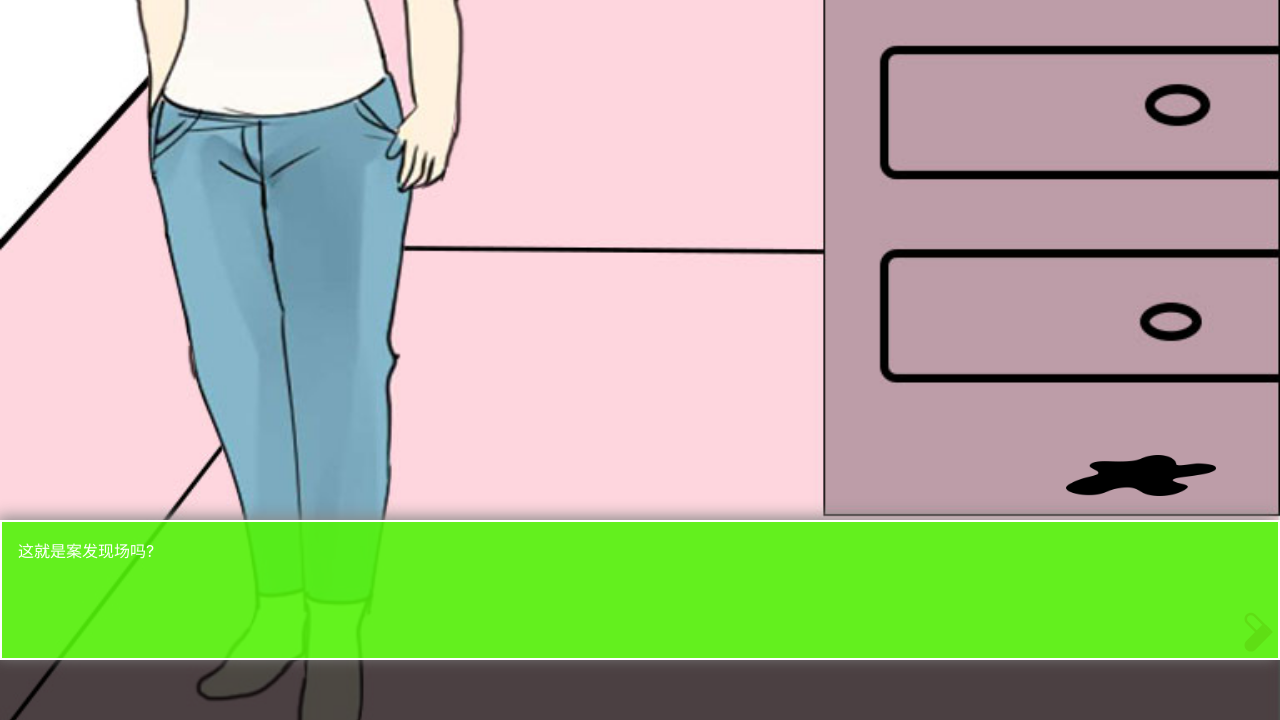
Repository: Jofali/reasoning-genius
Page: /
An editor plug-in stored every save of this project. The page is shown before and after the next save, followed by the edit.
The browser window is 1280 px wide. The pictures show the whole page.
The project was rebuilt for these pictures with package versions that can differ from the ones it lists, and the page was loaded fresh each time. Also part of the build but not shown: src/part2/part2.css, src/part2/part2.js.

Above is the page before, as saved 2019-05-22 16:39:40.

After the next save:
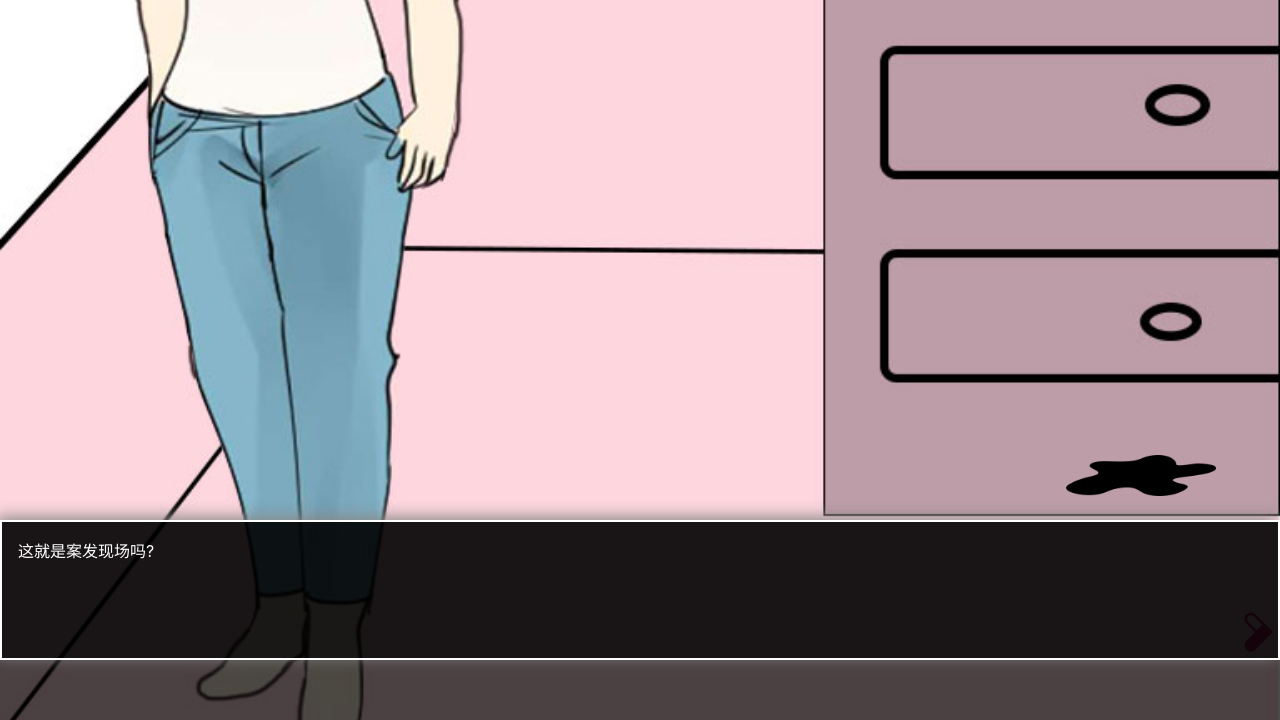
Saved 10 s later.
--- a/src/title/title.css
+++ b/src/title/title.css
@@ -13,7 +13,7 @@
   bottom: 60px;
   border: 2px solid #fff;
   box-shadow: -3px -3px 15px #888888;
-  background: rgba(83, 243, 9, 0.9);
+  background: rgba(0, 0, 0, 0.9);
   color: #fff;
   box-sizing: border-box;
   padding: 1rem;
